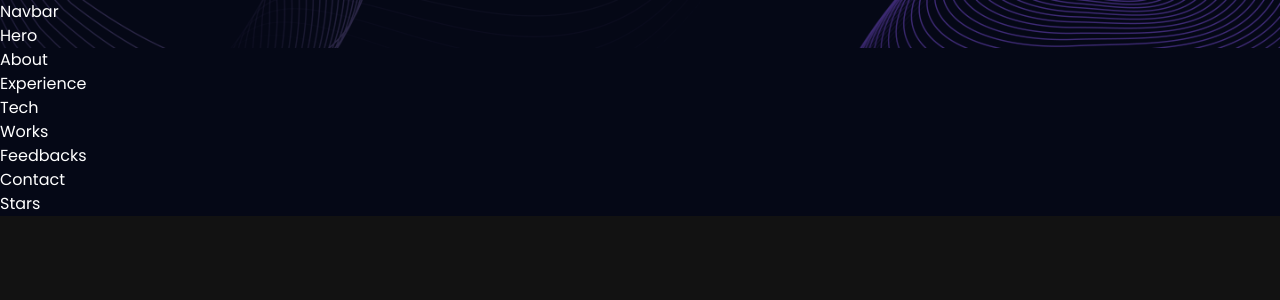
Repository: mosesvk/Portfolio_23
Page: /
An editor plug-in stored every save of this project. The page is shown before and after a run of saves, followed by the edit.
The browser window is 1280 px wide. The pictures show the whole page.
The project was rebuilt for these pictures with package versions that can differ from the ones it lists, and the page was loaded fresh each time. Also part of the build but not shown: next.config.js, vite.config.js, src/components/canvas/Earth.jsx, src/components/canvas/Ball.jsx, src/components/canvas/Computers.jsx.

Above is the page before, as saved 2023-04-24 15:16:40.

### src/App.jsx
import { BrowserRouter } from 'react-router-dom';

import {
  About,
  Contact,
  Experience,
  Feedbacks,
  Hero,
  Navbar,
  Tech,
  Works,
  StarsCanvas
} from './components';

const App = () => {
  return (
    <BrowserRouter>
      <div className='relative z-0 bg-primary'>
        <div className='bg-hero-pattern bg-cover bg-no-repeat bg-center'>
          <Navbar />
          <Hero />
        </div>
        <About />
        <Experience />
        <Tech />
        <Works />
        <Feedbacks />
        <div className='relative z-0'>
          <Contact />
          <StarsCanvas />
        </div>
      </div>
    </BrowserRouter>
  );
};

export default App;

### src/components/Navbar.jsx
import React, {useEffect, useState} from 'react'
import {Link} from 'react-router-dom'

import {styles} from '../styles'
import {navLinks} from '../contstants'
import {logo, menu, close} from '../assets'

const Navbar = () => {
  return (
    <div>Navbar</div>
  )
}

export default Navbar

### src/contstants/index.js
import {
    mobile,
    backend,
    creator,
    web,
    javascript,
    typescript,
    html,
    css,
    reactjs,
    redux,
    tailwind,
    nodejs,
    mongodb,
    git,
    figma,
    docker,
    meta,
    starbucks,
    tesla,
    shopify,
    carrent,
    jobit,
    tripguide,
    threejs,
  } from "../assets";

  export const navLinks = [
    {
      id: "about",
      title: "About",
    },
    {
      id: "work",
      title: "Work",
    },
    {
      id: "contact",
      title: "Contact",
    },
  ];

  const services = [
    {
      title: "Web Developer",
      icon: web,
    },
    {
      title: "React Native Developer",
      icon: mobile,
    },
    {
      title: "Backend Developer",
      icon: backend,
    },
    {
      title: "Content Creator",
      icon: creator,
    },
  ];

  const technologies = [
    {
      name: "HTML 5",
      icon: html,
    },
    {
      name: "CSS 3",
      icon: css,
    },
    {
      name: "JavaScript",
      icon: javascript,
    },
    {
      name: "TypeScript",
      icon: typescript,
    },
    {
      name: "React JS",
      icon: reactjs,
    },
    {
      name: "Redux Toolkit",
      icon: redux,
    },
    {
      name: "Tailwind CSS",
      icon: tailwind,
    },
    {
      name: "Node JS",
      icon: nodejs,
    },
    {
      name: "MongoDB",
      icon: mongodb,
    },
    {
      name: "Three JS",
      icon: threejs,
    },
    {
      name: "git",
      icon: git,
    },
    {
      name: "figma",
      icon: figma,
    },
    {
      name: "docker",
      icon: docker,
    },
  ];

  const experiences = [
    {
      title: "React.js Developer",
      company_name: "Starbucks",
      icon: starbucks,
      iconBg: "#383E56",
      date: "March 2020 - April 2021",
      points: [
        "Developing and maintaining web applications using React.js and other related technologies.",
        "Collaborating with cross-functional teams including designers, product managers, and other developers to create high-quality products.",
        "Implementing responsive design and ensuring cross-browser compatibility.",
        "Participating in code reviews and providing constructive feedback to other developers.",
      ],
    },
    {
      title: "React Native Developer",
      company_name: "Tesla",
      icon: tesla,
      iconBg: "#E6DEDD",
      date: "Jan 2021 - Feb 2022",
      points: [
        "Developing and maintaining web applications using React.js and other related technologies.",
        "Collaborating with cross-functional teams including designers, product managers, and other developers to create high-quality products.",
        "Implementing responsive design and ensuring cross-browser compatibility.",
        "Participating in code reviews and providing constructive feedback to other developers.",
      ],
    },
    {
      title: "Web Developer",
      company_name: "Shopify",
      icon: shopify,
      iconBg: "#383E56",
      date: "Jan 2022 - Jan 2023",
      points: [
        "Developing and maintaining web applications using React.js and other related technologies.",
        "Collaborating with cross-functional teams including designers, product managers, and other developers to create high-quality products.",
        "Implementing responsive design and ensuring cross-browser compatibility.",
        "Participating in code reviews and providing constructive feedback to other developers.",
      ],
    },
    {
      title: "Full stack Developer",
      company_name: "Meta",
      icon: meta,
      iconBg: "#E6DEDD",
      date: "Jan 2023 - Present",
      points: [
        "Developing and maintaining web applications using React.js and other related technologies.",
        "Collaborating with cross-functional teams including designers, product managers, and other developers to create high-quality products.",
        "Implementing responsive design and ensuring cross-browser compatibility.",
        "Participating in code reviews and providing constructive feedback to other developers.",
      ],
    },
  ];

  const testimonials = [
    {
      testimonial:
        "I thought it was impossible to make a website as beautiful as our product, but Rick proved me wrong.",
      name: "Sara Lee",
      designation: "CFO",
      company: "Acme Co",
      image: "https://randomuser.me/api/portraits/women/4.jpg",
    },
    {
      testimonial:
        "I've never met a web developer who truly cares about their clients' success like Rick does.",
      name: "Chris Brown",
      designation: "COO",
      company: "DEF Corp",
      image: "https://randomuser.me/api/portraits/men/5.jpg",
    },
    {
      testimonial:
        "After Rick optimized our website, our traffic increased by 50%. We can't thank them enough!",
      name: "Lisa Wang",
      designation: "CTO",
      company: "456 Enterprises",
      image: "https://randomuser.me/api/portraits/women/6.jpg",
    },
  ];

  const projects = [
    {
      name: "Car Rent",
      description:
        "Web-based platform that allows users to search, book, and manage car rentals from various providers, providing a convenient and efficient solution for transportation needs.",
      tags: [
        {
          name: "react",
          color: "blue-text-gradient",
        },
        {
          name: "mongodb",
          color: "green-text-gradient",
        },
        {
          name: "tailwind",
          color: "pink-text-gradient",
        },
      ],
      image: carrent,
      source_code_link: "https://github.com/",
    },
    {
      name: "Job IT",
      description:
        "Web application that enables users to search for job openings, view estimated salary ranges for positions, and locate available jobs based on their current location.",
      tags: [
        {
          name: "react",
          color: "blue-text-gradient",
        },
        {
          name: "restapi",
          color: "green-text-gradient",
        },
        {
          name: "scss",
          color: "pink-text-gradient",
        },
      ],
      image: jobit,
      source_code_link: "https://github.com/",
    },
    {
      name: "Trip Guide",
      description:
        "A comprehensive travel booking platform that allows users to book flights, hotels, and rental cars, and offers curated recommendations for popular destinations.",
      tags: [
        {
          name: "nextjs",
          color: "blue-text-gradient",
        },
        {
          name: "supabase",
          color: "green-text-gradient",
        },
        {
          name: "css",
          color: "pink-text-gradient",
        },
      ],
      image: tripguide,
      source_code_link: "https://github.com/",
    },
  ];

  export { services, technologies, experiences, testimonials, projects };

### src/assets/index.js
import logo from "./logo.svg";
import backend from "./backend.png";
import creator from "./creator.png";
import mobile from "./mobile.png";
import web from "./web.png";
import github from "./github.png";
import menu from "./menu.svg";
import close from "./close.svg";

import css from "./tech/css.png";
import docker from "./tech/docker.png";
import figma from "./tech/figma.png";
import git from "./tech/git.png";
import html from "./tech/html.png";
import javascript from "./tech/javascript.png";
import mongodb from "./tech/mongodb.png";
import nodejs from "./tech/nodejs.png";
import reactjs from "./tech/reactjs.png";
import redux from "./tech/redux.png";
import tailwind from "./tech/tailwind.png";
import typescript from "./tech/typescript.png";
import threejs from "./tech/threejs.svg";

import meta from "./company/meta.png";
import shopify from "./company/shopify.png";
import starbucks from "./company/starbucks.png";
import tesla from "./company/tesla.png";

import carrent from "./carrent.png";
import jobit from "./jobit.png";
import tripguide from "./tripguide.png";

export {
  logo,
  backend,
  creator,
  mobile,
  web,
  github,
  menu,
  close,
  css,
  docker,
  figma,
  git,
  html,
  javascript,
  mongodb,
  nodejs,
  reactjs,
  redux,
  tailwind,
  typescript,
  threejs,
  meta,
  shopify,
  starbucks,
  tesla,
  carrent,
  jobit,
  tripguide,
};

Loaded but not shown: index.html (common file); src/main.jsx (common file); src/index.css (common file); src/components/index.js (common file); src/components/canvas/index.js (common file); src/components/Hero.jsx (common file); src/components/About.jsx (common file); src/components/Tech.jsx (common file); src/components/Experience.jsx (common file); src/components/Works.jsx (common file); src/components/Feedbacks.jsx (common file); src/components/Contact.jsx (common file); src/components/canvas/Stars.jsx (common file); src/styles.js (common file); tailwind.config.js (common file)

After the next 2 saves:
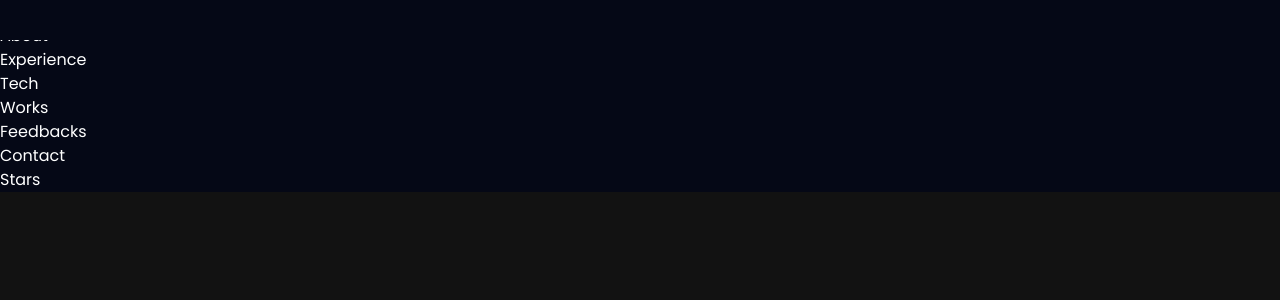
The 2 saves are shown as one change because 1 did not build or start.
The last was saved 2 min 7 s later.
--- a/src/components/Navbar.jsx
+++ b/src/components/Navbar.jsx
@@ -7,7 +7,7 @@
 
 const Navbar = () => {
   return (
-    <div>Navbar</div>
+    <nav className={`${styles.paddingX} w-full flex items-center py-5 fixed top-0 z-20 bg-primary`}></nav>
   )
 }
 
